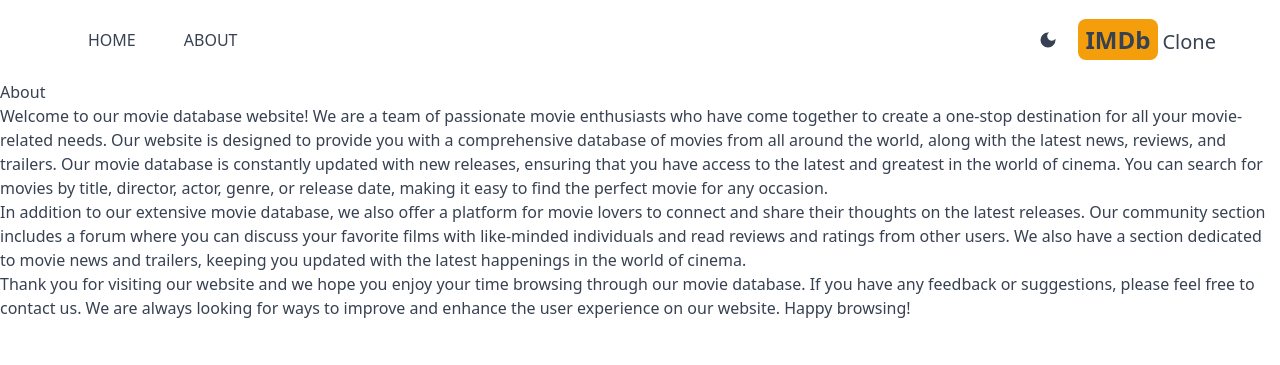
Repository: dnjfht/imdb
Page: /about
An editor plug-in stored every save of this project. The page is shown before and after the next save, followed by the edit.
The browser window is 1280 px wide. The pictures show the whole page.
The project was rebuilt for these pictures with package versions that can differ from the ones it lists, and the page was loaded fresh each time. The framework's server and built-in components were replaced by stand-ins that run in the browser. Also part of the build but not shown: next.config.js.

Above is the page before, as saved 2023-10-02 11:57:44.

### src/app/layout.js
import Providers from "./Providers";
import Header from "./components/Header";
import "./globals.css";

export const metadata = {
  title: "IMDb Clobe",
  description: "This is the IMDb clone website",
};

export default function RootLayout({ children }) {
  return (
    <html lang="en">
      <head>
        <link rel="icon" href="/favicon.ico" />
      </head>

      <body>
        <Providers>
          {/* Header */}
          <Header />

          {/* Navbar */}

          {/* SearchBox */}

          {children}
        </Providers>
      </body>
    </html>
  );
}

### src/app/about/page.js
export default function About() {
  return (
    <div>
      <h1>About</h1>

      <p>
        Welcome to our movie database website! We are a team of passionate movie
        enthusiasts who have come together to create a one-stop destination for
        all your movie-related needs. Our website is designed to provide you
        with a comprehensive database of movies from all around the world, along
        with the latest news, reviews, and trailers. Our movie database is
        constantly updated with new releases, ensuring that you have access to
        the latest and greatest in the world of cinema. You can search for
        movies by title, director, actor, genre, or release date, making it easy
        to find the perfect movie for any occasion.
      </p>

      <p>
        In addition to our extensive movie database, we also offer a platform
        for movie lovers to connect and share their thoughts on the latest
        releases. Our community section includes a forum where you can discuss
        your favorite films with like-minded individuals and read reviews and
        ratings from other users. We also have a section dedicated to movie news
        and trailers, keeping you updated with the latest happenings in the
        world of cinema.
      </p>

      <p>
        Thank you for visiting our website and we hope you enjoy your time
        browsing through our movie database. If you have any feedback or
        suggestions, please feel free to contact us. We are always looking for
        ways to improve and enhance the user experience on our website. Happy
        browsing!
      </p>
    </div>
  );
}

### src/app/Providers.jsx
"use client";

import { ThemeProvider } from "next-themes";

export default function Providers({ children }) {
  return (
    <ThemeProvider enableSystem={true} attribute="class">
      <div className="dark:bg-gray-700 dark:text-gray-200 text-gray-700 transition-color duration-300 min-h-screen select-none">
        {children}
      </div>
    </ThemeProvider>
  );
}

### src/app/components/Header.jsx
import Link from "next/link";
import MenuItem from "./MenuItem";

import { AiFillHome } from "react-icons/ai";
import { HiInformationCircle } from "react-icons/hi";
import DarkModeSwitch from "./DarkModeSwitch";

export default function Header() {
  return (
    <div className="flex items-center justify-between mx-2 max-w-6xl sm:mx-auto py-6">
      <div className="flex">
        <MenuItem title="HOME" address="/" Icon={AiFillHome} />
        <MenuItem title="ABOUT" address="/about" Icon={HiInformationCircle} />
      </div>

      <div className="flex items-center space-x-5">
        <DarkModeSwitch />

        <Link href="/">
          <h2 className="text-2xl">
            <span className="font-bold bg-amber-500 py-1 px-2 rounded-lg mr-1">
              IMDb
            </span>
            <span className="text-xl hidden sm:inline">Clone</span>
          </h2>
        </Link>
      </div>
    </div>
  );
}

### src/app/components/MenuItem.jsx
import Link from "next/link";

export default function MenuItem({ title, address, Icon }) {
  return (
    <div>
      <Link href={address} className="mx-4 lg:mx-6 hover:text-amber-600">
        {/* 페이지를 새로 고치지 않고 해당 웹사이트, 해당 URL로 이동. */}
        <Icon className="text-2xl sm:hidden mx-4" />
        <p className="hidden sm:inline my-2 text-small">{title}</p>
      </Link>
    </div>
  );
}

### src/app/components/DarkModeSwitch.jsx
"use client";

import { useTheme } from "next-themes";
import { useEffect, useState } from "react";
import { MdDarkMode } from "react-icons/md";
import { MdLightMode } from "react-icons/md";

export default function DarkModeSwitch() {
  const { systemTheme, theme, setTheme } = useTheme();
  const [mounted, setMounted] = useState(false);

  useEffect(() => setMounted(true), []);

  const currentTheme = theme === "system" ? systemTheme : theme;

  return (
    <>
      {mounted &&
        (currentTheme === "dark" ? (
          <MdLightMode
            className="text-xl cursor-pointer hover:text-amber-500"
            onClick={() => {
              setTheme("light");
            }}
          />
        ) : (
          <MdDarkMode
            className="text-xl cursor-pointer hover:text-amber-500"
            onClick={() => {
              setTheme("dark");
            }}
          />
        ))}
    </>
  );
}

Loaded but not shown: src/app/globals.css (common file); tailwind.config.js (common file)

After the next save:
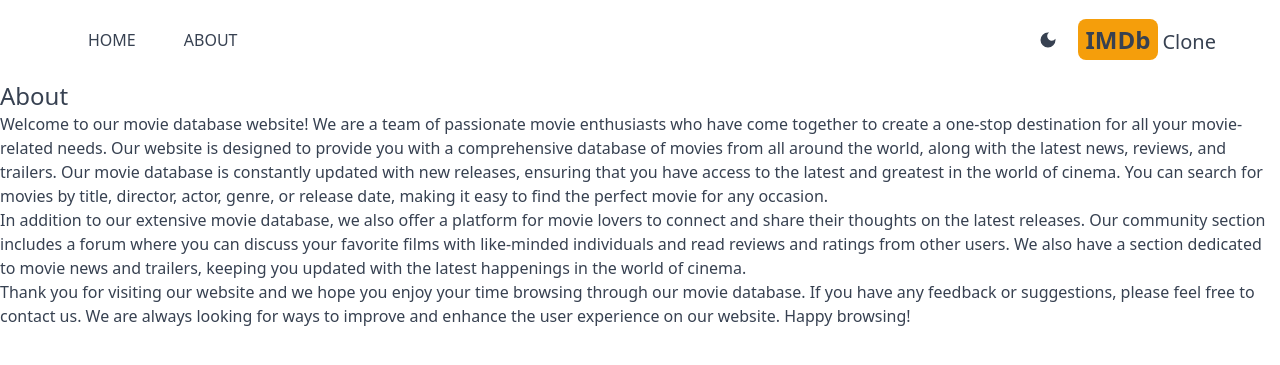
Saved 39 s later.
--- a/src/app/about/page.js
+++ b/src/app/about/page.js
@@ -1,7 +1,7 @@
 export default function About() {
   return (
     <div>
-      <h1>About</h1>
+      <h1 className="text-2xl font-medium">About</h1>
 
       <p>
         Welcome to our movie database website! We are a team of passionate movie
